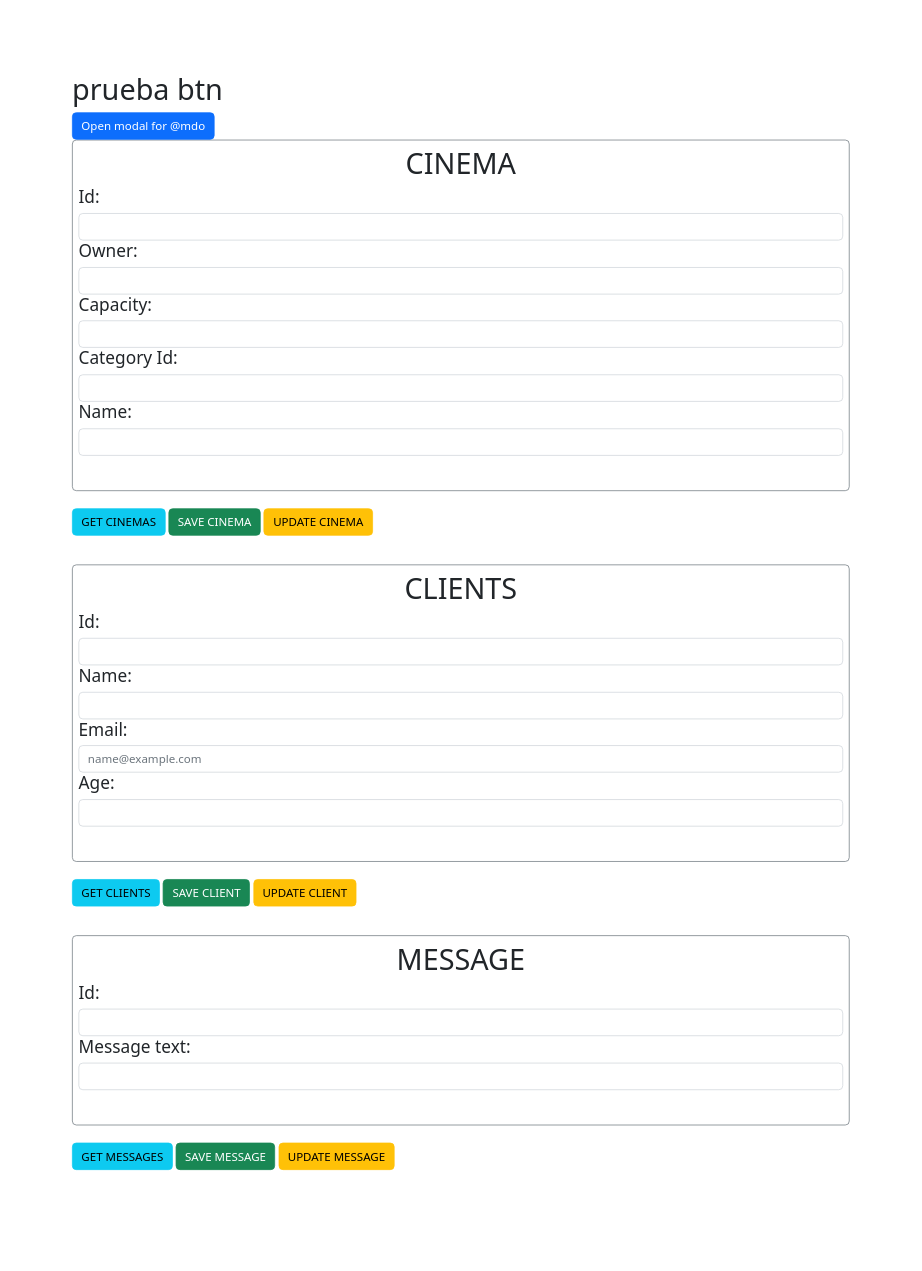
Repository: almendezl/MisionTIC
Page: index.html
An editor plug-in stored every save of this project. The page is shown before and after the next save, followed by the edit.
The browser window is 1280 px wide. The pictures show the whole page, at 72% of full size.

Above is the page before, as saved 2022-10-02 15:25:59.

### index.html
<html lang="en">
<head>
    <meta charset="UTF-8">
    <meta http-equiv="X-UA-Compatible" content="IE=edge">
    <meta name="viewport" content="width=device-width, initial-scale=1.0">
    <link rel="stylesheet" href="styles.css">
    <title>MISION TIC 2022 RETO 2</title>
</head>
<!-- add bootstrap -->

<link href="https://cdn.jsdelivr.net/npm/bootstrap@5.2.1/dist/css/bootstrap.min.css" rel="stylesheet" integrity="sha384-iYQeCzEYFbKjA/T2uDLTpkwGzCiq6soy8tYaI1GyVh/UjpbCx/TYkiZhlZB6+fzT" crossorigin="anonymous">
<!-- add the file with the script -->
<script type="text/javascript" src="myScript.js"></script>
<!-- add jquery api -->
<script src="https://ajax.googleapis.com/ajax/libs/jquery/3.6.1/jquery.min.js"></script>

<body>
    <!-- cinema front -->
<div>
<h1>prueba btn</h1>
</div>

<button type="button" class="btn btn-primary" data-toggle="modal" data-target="#exampleModal" data-whatever="@mdo">Open modal for @mdo</button>

<div class="modal fade" id="exampleModal" tabindex="-1" role="dialog" aria-labelledby="exampleModalLabel" aria-hidden="true">
  <div class="modal-dialog" role="document">
    <div class="modal-content">
      <div class="modal-header">
        <h5 class="modal-title" id="exampleModalLabel">New message</h5>
        <button type="button" class="close" data-dismiss="modal" aria-label="Close">
          <span aria-hidden="true">&times;</span>
        </button>
      </div>
      <div class="modal-body">
        <form>
          <div class="form-group">
            <label for="recipient-name" class="col-form-label">Recipient:</label>
            <input type="text" class="form-control" id="recipient-name">
          </div>
          <div class="form-group">
            <label for="message-text" class="col-form-label">Message:</label>
            <textarea class="form-control" id="message-text"></textarea>
          </div>
        </form>
      </div>
      <div class="modal-footer">
        <button type="button" class="btn btn-secondary" data-dismiss="modal">Close</button>
        <button type="button" class="btn btn-primary">Send message</button>
      </div>
    </div>
  </div>
</div>

    <div class=" p-2 rounded border border-secondary" >
        <h1 class="text-center">CINEMA</h1>




        <form action="">
            <div class="form-group">
                <h4 class="label label-default" >Id: </h4>
                <input class="form-control" type="number" id="cinemaId">
            </div>

            <div class="form-group">
                <h4 class="label label-default" >Owner: </h4>
                <input class="form-control" type="text" id="cinemaOwner">
            </div>

            <div class="form-group">
                <h4 class="label label-default" >Capacity: </h4>
                <input class="form-control" type="number" id="cinemaCapacity" >
            </div>

            <div class="form-group">
                <h4 class="label label-default" >Category Id: </h4>
                <input class="form-control" type="number" id="cinemaCategory">
            </div>

            <div class="form-group">
                <h4 class="label label-default" >Name: </h4>
                <input class="form-control" type="text" id="cinemaName"><br>
            </div>

        </form>
    </div>
    <br>
    <div id="cinemaAlert">

    </div>



    <button class="btn btn-info" onclick="getCinemas()">GET CINEMAS</button>

    <button class="btn btn-success" onclick="setCinema()">SAVE CINEMA</button>

    <button class="btn btn-warning" onclick="updateCinema()">UPDATE CINEMA</button><br><br>


    <table class="table table-striped" id="cinemasList">


    </table>

    <!-- Clients front  -->
    <div class=" p-2 rounded border border-secondary" >
    <h1 class="text-center">CLIENTS</h1>
        <form action="">
            <div class="form-group">
                <h4 class="label label-default" >Id: </h4>
                <input class="form-control" type="number" id="clientId">
            </div>

            <div class="form-group">
                <h4 class="label label-default" >Name: </h4>
                <input class="form-control" type="text" id="clientName">
            </div>

            <div class="form-group">
                <h4 class="label label-default" >Email: </h4>
                <input class="form-control" type="text" id="clientEmail" placeholder="name@example.com">
            </div>

            <div class="form-group">
                <h4 class="label label-default" >Age: </h4>
                <input class="form-control" type="number" id="clientAge"><br>
            </div>

        </form>
    </div>
    <br>

    <div id="clientAlert">

    </div>



    <button class="btn btn-info" onclick="getClients()">GET CLIENTS</button>

    <button class="btn btn-success" onclick="setClient()">SAVE CLIENT</button>

    <button class="btn btn-warning" onclick="updateClient()">UPDATE CLIENT</button><br><br>


    <table class="table table-striped" id="clientsList">


    </table>

    <!-- Message front  -->
    <div class=" p-2 rounded border border-secondary" >
        <h1 class="text-center">MESSAGE</h1>

        <form action="" >
            <div class="form-group">
                <h4 class="label label-default" >Id: </h4>
                <input class="form-control" type="number" id="messageId">
            </div>

            <div class="form-group">
                <h4 class="label label-default" >Message text: </h4>
                <input class="form-control" type="text" id="messageText"><br>
            </div>


        </form>
    </div>
    <br>

    <div id="messageAlert">

    </div>



    <button class="btn btn-info" onclick="getMessages()">GET MESSAGES</button>

    <button class="btn btn-success" onclick="setMessage()">SAVE MESSAGE</button>

    <button class="btn btn-warning" onclick="updateMessage()">UPDATE MESSAGE</button><br><br>


    <table class="table table-striped" id="messagesList">


    </table>

    <!-- Modal eliminar-->
<div class="modal fade" id="exampleModal" tabindex="-1" role="dialog" aria-labelledby="exampleModalLabel" aria-hidden="true">
    <div class="modal-dialog" role="document">
      <div class="modal-content">
        <div class="modal-header">
          <h5 class="modal-title" id="exampleModalLabel">Delete</h5>
          <button type="button" class="close" data-dismiss="modal" aria-label="Close">
            <span aria-hidden="true">&times;</span>
          </button>
        </div>
        <div class="modal-body">
          ...
        </div>
        <div class="modal-footer">
          <button type="button" class="btn btn-secondary" data-dismiss="modal">Close</button>
          <button type="button" class="btn btn-primary">Delete</button>
        </div>
      </div>
    </div>
  </div>

</body>
</html>

### styles.css
body {

    padding: 100px 100px;
  }

### myScript.js
let urlCinema = "https://gbc0751b79176df-fy68ude9ajgxmklv.adb.us-ashburn-1.oraclecloudapps.com/ords/admin/cinema/cinema";
let urlClient = "https://gbc0751b79176df-fy68ude9ajgxmklv.adb.us-ashburn-1.oraclecloudapps.com/ords/admin/client/client";
let urlMessage = "https://gbc0751b79176df-fy68ude9ajgxmklv.adb.us-ashburn-1.oraclecloudapps.com/ords/admin/message/message";

let modalDelete ="data-toggle='modal' data-target='#messageModal'";
/**
 * ----------------CINEMAS ---------------------
 */


function getCinemas(){

    $.ajax({
        url:  urlCinema,
        type: 'GET',
        dataType: 'json',

        success: function(cinemas){
            console.log(cinemas);
            let cs= cinemas.items;
            //$('#clientsList').append("<h2>Clients List</h2>");
            $('#cinemasList').empty();
            if(cs.length > 0){

                $('#cinemasList').append("<thead><tr><th scope='col'>Id</th><th scope='col'>Owner</th><th scope='col'>Capacity</th><th scope='col'>Category Id</th> <th scope='col'>Name</th><th scope='col'>Option</th></tr></thead><tbody></tbody>");
                for(i = 0; i<cs.length; i++){

                    $('#cinemasList').append("<tr><th scope='row'>"+cs[i].id+"</th><td>"+cs[i].owner+"</td><td>"+cs[i].capacity+"</td><td>"+cs[i].category_id+"</td><td>"+cs[i].name+"</td><td>"+"<button type='button' class='btn btn-primary' data-toggle='modal' data-target='#exampleModal'>Launch demo modal</button></td></tr>");

                }
            }else{
                $('#cinemasList').append("<h4 class='text-center'>No entries</h4>");
            }

        },
        error: function(xhr, status){
            alert("A problem has occurred");
        },
        complete: function(xhr, status){
            //alert("Request made");
        }
    });

}

function setCinema(){

    let id = $("#cinemaId").val();
    let owner = $("#cinemaOwner").val();
    let capacity = $("#cinemaCapacity").val();
    let category = $("#cinemaCategory").val();
    let name = $("#cinemaName").val();

    $("#cinemaAlert").empty();
    if (id != "" && owner != "" && capacity != "" && category != "" && name != ""){
        let data = {
            id: id,
            owner: owner,
            capacity: capacity,
            category_id: category,
            name: name

        };

        let dataToSend = JSON.stringify(data);

        console.log(dataToSend);

        $.ajax({
            url: urlCinema,
            type: 'POST',
            //dataType: 'json',
            data: dataToSend,
             contentType: "application/json",

            success: function(json){
                console.log(json);
                //Clean the inputs
                $("#cinemaId").val('');
                $("#cinemaOwner").val('');
                $("#cinemaCapacity").val('');
                $("#cinemaCategory").val('');
                $("#cinemaName").val('');
                getCinemas();
            },
            error: function(xhr, status){
                //alert("A problem has occurred");

            },
            complete: function(xhr, status){
                //alert("Request made");

            }
        });

    }else{
        $("#cinemaAlert").append("<div class='alert alert-danger' role='alert'>There can be no empty fields!</div>");
    }



}

function updateCinema(){
    let id = $("#cinemaId").val();
    let owner = $("#cinemaOwner").val();
    let capacity = $("#cinemaCapacity").val();
    let category = $("#cinemaCategory").val();
    let name = $("#cinemaName").val();

    let data = {
        id: id,
        owner: owner,
        capacity: capacity,
        category_id: category,
        name: name

    };

    let dataToSend = JSON.stringify(data);

    console.log(dataToSend);

    $.ajax({
        url: urlCinema,
        type: 'PUT',
        //dataType: 'json',
        data: dataToSend,
        contentType: "application/json",

        success: function(json){
            console.log(json);
            //Clean the inputs
            $("#cinemaId").val('');
            $("#cinemaOwner").val('');
            $("#cinemaCapacity").val('');
            $("#cinemaCategory").val('');
            $("#cinemaName").val('');
            getCinemas();
        },
        error: function(xhr, status){
            //alert("A problem has occurred");

        },
        complete: function(xhr, status){
            //alert("Request made");

        }
    });
}

function deleteCinema(cinemaId){


    let data = {
        id: cinemaId

    };

    let dataToSend = JSON.stringify(data);

    console.log(dataToSend);

    $.ajax({
        url: urlCinema,
        type: 'DELETE',
        //dataType: 'json',
        data: dataToSend,
        contentType: "application/json",

        success: function(json){
            console.log(json);
            //Clean the inputs
            $("#cinemaId").val('');
            $("#cinemaOwner").val('');
            $("#cinemaCapacity").val('');
            $("#cinemaCategory").val('');
            $("#cinemaName").val('');
            getCinemas();
        },
        error: function(xhr, status){
            //alert("A problem has occurred");

        },
        complete: function(xhr, status){
            //alert("Request made");

        }
    });
}

/**
 * ----------------CLIENTS ---------------------
 */

function getClients(){

    $.ajax({
        url: urlClient,
        type: 'GET',
        dataType: 'json',

        success: function(clients){
            console.log(clients);
            let cs= clients.items;
            //$('#clientsList').append("<h2>Clients List</h2>");
            $('#clientsList').empty();
            if(cs.length > 0){
                $('#clientsList').append("<thead><tr><th scope='col'>Id</th><th scope='col'>Name</th><th scope='col'>Email</th><th scope='col'>Age</th> <th scope='col'>Option</th></tr></thead><tbody></tbody>");
                for(i = 0; i<cs.length; i++){
                    //$('#clientsList').append("<b>"+cs[i].id+" "+cs[i].name+" </b> "+cs[i].email+"   <button class='btn btn-danger'    onclick='deleteClient("+cs[i].id+")'>DELETE</button>"+"<br>");
                    $('#clientsList').append("<tr><th scope='row'>"+cs[i].id+"</th><td>"+cs[i].name+"</td><td>"+cs[i].email+"</td><td>" +cs[i].age+"</td><td>"+"<button class='btn btn-danger' onclick='deleteClient("+cs[i].id+")'>DELETE</button></td></   tr>");

                }
            }else{
                $('#clientsList').append("<h4 class='text-center'>No entries</h4>");
            }

        },
        error: function(xhr, status){
            alert("A problem has occurred");
        },
        complete: function(xhr, status){
            //alert("Request made");
        }
    });

}

function setClient(){

    let clientId = $("#clientId").val();
    let clientName = $("#clientName").val();
    let clientEmail = $("#clientEmail").val();
    let clientAge = $("#clientAge").val();
    $("#clientAlert").empty();

    if(clientId != '' && clientName != '' && clientEmail != '' && clientAge != '' ){
        let data = {
            id: clientId,
            name: clientName,
            email: clientEmail,
            age: clientAge

        };

        let dataToSend = JSON.stringify(data);

        console.log(dataToSend);

        $.ajax({
            url: urlClient,
            type: 'POST',
            //dataType: 'json',
            data: dataToSend,
             contentType: "application/json",

            success: function(json){
                console.log(json);
                //Clean the inputs
                $("#clientId").val('');
                $("#clientName").val('');
                $("#clientEmail").val('');
                $("#clientAge").val('');
                getClients();
            },
            error: function(xhr, status){
                //alert("A problem has occurred");

            },
            complete: function(xhr, status){
                //alert("Request made");

            }
        });
    } else{
        $("#clientAlert").append("<div class='alert alert-danger' role='alert'>There can be no empty fields!</div>");
    }





}

function updateClient(){
    let clientId = $("#clientId").val();
    let clientName = $("#clientName").val();
    let clientEmail = $("#clientEmail").val();
    let clientAge = $("#clientAge").val();

    let data = {
        id: clientId,
        name: clientName,
        email: clientEmail,
        age: clientAge

    };

    let dataToSend = JSON.stringify(data);

    console.log(dataToSend);

    $.ajax({
        url:urlClient,
        type: 'PUT',
        //dataType: 'json',
        data: dataToSend,
        contentType: "application/json",

        success: function(json){
            console.log(json);
            //Clean the inputs
            $("#clientId").val('');
            $("#clientName").val('');
            $("#clientEmail").val('');
            $("#clientAge").val('');
            getClients();
        },
        error: function(xhr, status){
            //alert("A problem has occurred");

        },
        complete: function(xhr, status){
            //alert("Request made");

        }
    });
}

function deleteClient(clientId){


    let data = {
        id: clientId

    };

    let dataToSend = JSON.stringify(data);

    console.log(dataToSend);

    $.ajax({
        url:urlClient,
        type: 'DELETE',
        //dataType: 'json',
        data: dataToSend,
        contentType: "application/json",

        success: function(json){
            console.log(json);
            //Clean the inputs
            $("#clientId").val('');
            $("#clientName").val('');
            $("#clientEmail").val('');
            $("#clientAge").val('');
            getClients();
        },
        error: function(xhr, status){
            //alert("A problem has occurred");

        },
        complete: function(xhr, status){
            //alert("Request made");

        }
    });
}

/**
 * ----------------MESSAGE ---------------------
 */

 function getMessages(){

    $.ajax({
        url: urlMessage,
        type: 'GET',
        dataType: 'json',

        success: function(clients){
            console.log(clients);
            let cs= clients.items;
            //$('#clientsList').append("<h2>Clients List</h2>");
            $('#messagesList').empty();
           if(cs.length > 0){
                $('#messagesList').append("<thead><tr><th scope='col'>Id</th><th scope='col'>Message text</th><th scope='col'>Option</th></tr></thead><tbody></tbody>");
                 for(i = 0; i<cs.length; i++){

                     $('#messagesList').append("<tr><th scope='row'>"+cs[i].id+"</th><td>"+cs[i].messagetext+"</td><td>"+"<button       class='btn btn-danger' onclick='deleteMessage("+cs[i].id+")'>DELETE</button></td></tr>");

                 }
           }else{
            $('#messagesList').append("<h4 class='text-center'>No entries</h4>");
           }

        },
        error: function(xhr, status){
            alert("A problem has occurred");
        },
        complete: function(xhr, status){
            //alert("Request made");
        }
    });

}

function setMessage(){
    let id = $("#messageId").val();
    let messageText = $("#messageText").val();
    $("#messageAlert").empty();

    if(id != '' && messageText != ''){
        let data = {
            id: id,
            messagetext: messageText,

        };

        let dataToSend = JSON.stringify(data);

        console.log(dataToSend);

        $.ajax({
            url: urlMessage,
            type: 'POST',
            //dataType: 'json',
            data: dataToSend,
             contentType: "application/json",

            success: function(json){
                console.log(json);
                //Clean the inputs
                $("#messageId").val('');
                $("#messageText").val('');
                getMessages();
            },
            error: function(xhr, status){
                //alert("A problem has occurred");

            },
            complete: function(xhr, status){
                //alert("Request made");

            }
        });

    } else{
        $("#messageAlert").append("<div class='alert alert-danger' role='alert'>There can be no empty fields!</div>");
    }




}

function updateMessage(){
    let id = $("#messageId").val();
    let messageText = $("#messageText").val();

    let data = {
        id: id,
        messagetext: messageText,

    };

    let dataToSend = JSON.stringify(data);

    console.log(dataToSend);

    $.ajax({
        url:urlMessage,
        type: 'PUT',
        //dataType: 'json',
        data: dataToSend,
        contentType: "application/json",

        success: function(json){
            console.log(json);
            //Clean the inputs
            $("#messageId").val('');
            $("#messageText").val('');
            getMessages();
        },
        error: function(xhr, status){
            //alert("A problem has occurred");

        },
        complete: function(xhr, status){
            //alert("Request made");

        }
    });
}

function deleteMessage(messageId){


    let data = {
        id: messageId

    };

    let dataToSend = JSON.stringify(data);

    console.log(dataToSend);

    $.ajax({
        url:urlMessage,
        type: 'DELETE',
        //dataType: 'json',
        data: dataToSend,
        contentType: "application/json",

        success: function(json){
            console.log(json);
            //Clean the inputs
            $("#messageId").val('');
            $("#messageText").val('');
            getMessages();
        },
        error: function(xhr, status){
            //alert("A problem has occurred");

        },
        complete: function(xhr, status){
            //alert("Request made");

        }
    });
}

After the next save:
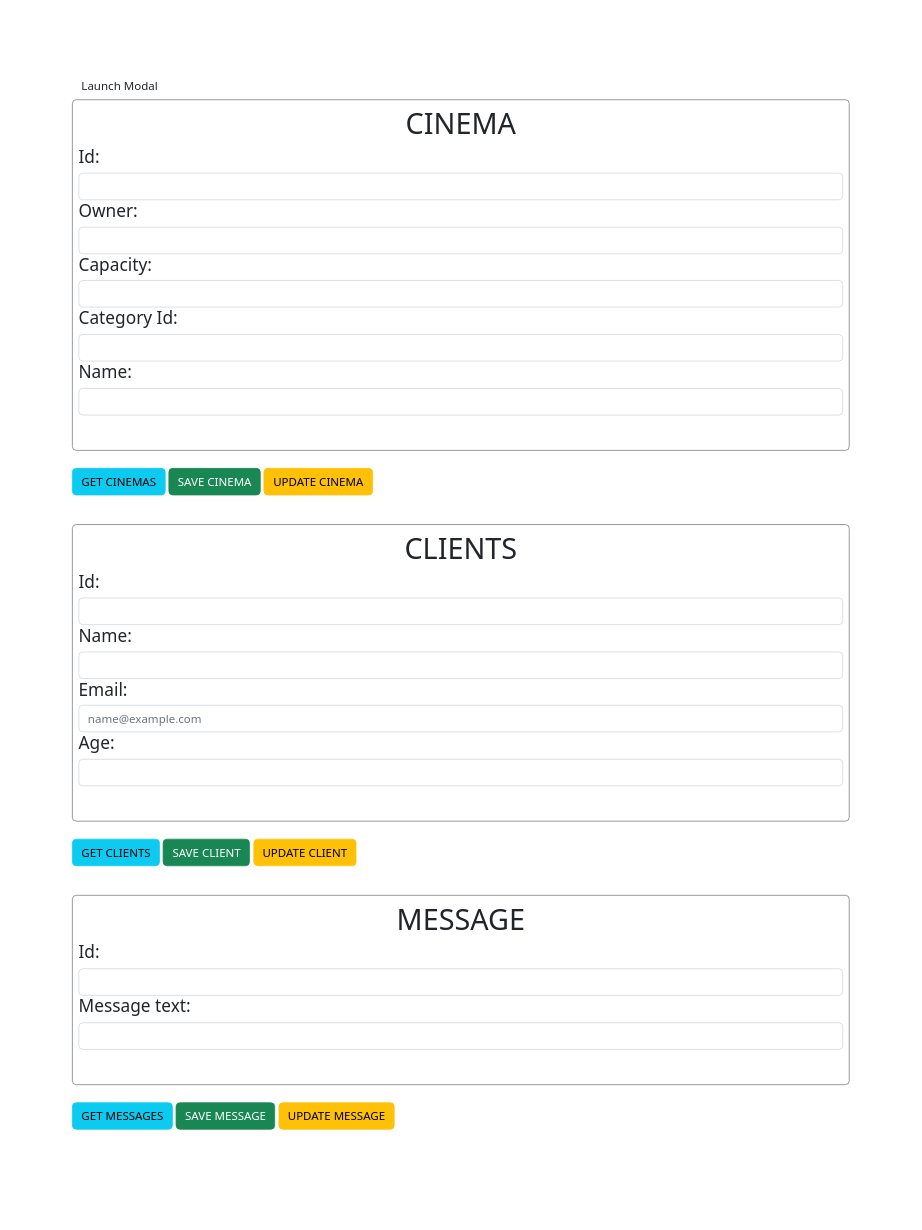
Saved 2 min 27 s later.
--- a/index.html
+++ b/index.html
@@ -15,47 +15,26 @@
 <script src="https://ajax.googleapis.com/ajax/libs/jquery/3.6.1/jquery.min.js"></script>
 
 <body>
-    <!-- cinema front -->
-<div>
-<h1>prueba btn</h1>
-</div>
 
-<button type="button" class="btn btn-primary" data-toggle="modal" data-target="#exampleModal" data-whatever="@mdo">Open modal for @mdo</button>
+    <a class="btn" data-toggle="modal" href="#myModal">Launch Modal</a>
 
-<div class="modal fade" id="exampleModal" tabindex="-1" role="dialog" aria-labelledby="exampleModalLabel" aria-hidden="true">
-  <div class="modal-dialog" role="document">
-    <div class="modal-content">
-      <div class="modal-header">
-        <h5 class="modal-title" id="exampleModalLabel">New message</h5>
-        <button type="button" class="close" data-dismiss="modal" aria-label="Close">
-          <span aria-hidden="true">&times;</span>
-        </button>
-      </div>
-      <div class="modal-body">
-        <form>
-          <div class="form-group">
-            <label for="recipient-name" class="col-form-label">Recipient:</label>
-            <input type="text" class="form-control" id="recipient-name">
-          </div>
-          <div class="form-group">
-            <label for="message-text" class="col-form-label">Message:</label>
-            <textarea class="form-control" id="message-text"></textarea>
-          </div>
-        </form>
-      </div>
-      <div class="modal-footer">
-        <button type="button" class="btn btn-secondary" data-dismiss="modal">Close</button>
-        <button type="button" class="btn btn-primary">Send message</button>
-      </div>
-    </div>
+
+<div class="modal hide" id="myModal"><!-- note the use of "hide" class -->
+  <div class="modal-header">
+    <button class="close" data-dismiss="modal">×</button>
+    <h3>Modal header</h3>
+  </div>
+  <div class="modal-body">
+    <p>One fine body…</p>
+  </div>
+  <div class="modal-footer">
+    <a href="#" class="btn" data-dismiss="modal">Close</a><!-- note the use of "data-dismiss" -->
+    <a href="#" class="btn btn-primary">Save changes</a>
   </div>
 </div>
-
+    <!-- cinema front -->
     <div class=" p-2 rounded border border-secondary" >
         <h1 class="text-center">CINEMA</h1>
-
-
-
 
         <form action="">
             <div class="form-group">
